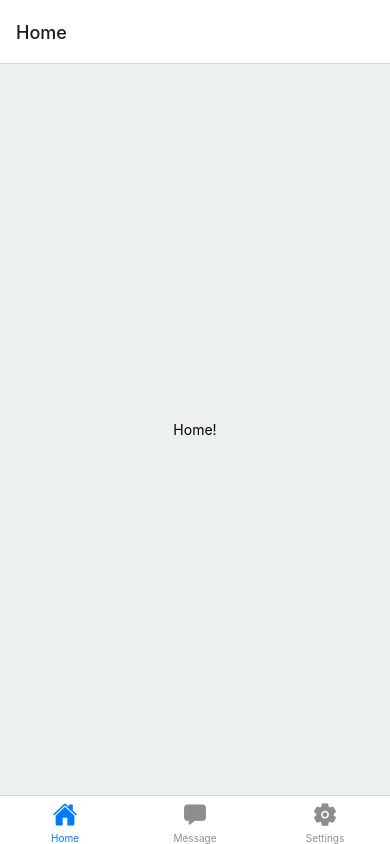
Repository: Waikato153/AwesomeProject
Screen: /
An editor plug-in stored every save of this project. The screen is shown before and after the next save, followed by the edit.
The app was drawn by React Native's web renderer in a window 390 px wide. The project was rebuilt for these pictures with package versions that can differ from the ones it lists, and the page was loaded fresh each time.

Above is the screen before, as saved 2024-02-28 08:10:48.

### App.js
import * as React from 'react';
import { Text, View, StyleSheet} from 'react-native';
import { NavigationContainer } from '@react-navigation/native';
import { createBottomTabNavigator } from '@react-navigation/bottom-tabs';
import { Ionicons } from '@expo/vector-icons';

function HomeScreen() {
  return (
    <View style={styles.container}>
      <Text>Home!</Text>
    </View>
  );
}

function SettingsScreen() {
  return (
    <View style={{ flex: 1, justifyContent: 'center', alignItems: 'center' }}>
      <Text>Settings!</Text>
    </View>
  );
}


const styles = StyleSheet.create({
  container: {
    flex: 1,
    justifyContent: 'center',
    backgroundColor: '#ecf0f1',
    alignItems: 'center',
    padding: 8,
  },
  paragraph: {
    margin: 24,
    fontSize: 18,
    fontWeight: 'bold',
    textAlign: 'center',
  },
});

const Tab = createBottomTabNavigator();

function MyTabs() {
  return (

    <Tab.Navigator>
      <Tab.Screen
        name="Home"
        component={HomeScreen}
        options={{
          tabBarIcon: ({ color, size }) => (
            <Ionicons name="home" color={color} size={size} />
          ),
        }}
      />
      <Tab.Screen
        name="Message"
        component={SettingsScreen}
        options={{
          tabBarIcon: ({ color, size }) => (
            <Ionicons name="chatbox" color={color} size={size} />
          ),
        }}
      />
      <Tab.Screen
        name="Settings"
        component={SettingsScreen}
        options={{
          tabBarIcon: ({ color, size }) => (
            <Ionicons name="settings" color={color} size={size} />
          ),
        }}
      />
    </Tab.Navigator>



  );
}

export default function App() {
  return (
    <NavigationContainer>
      <MyTabs />
    </NavigationContainer>
  );
}

After the next save:
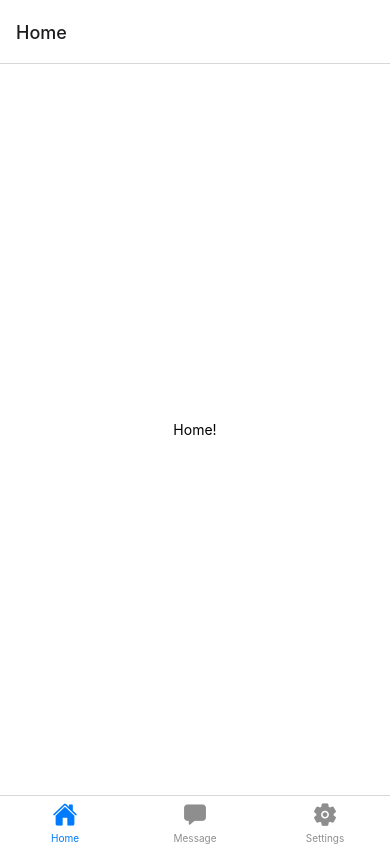
Saved 2 h 47 min later.
--- a/App.js
+++ b/App.js
@@ -25,7 +25,7 @@ const styles = StyleSheet.create({
   container: {
     flex: 1,
     justifyContent: 'center',
-    backgroundColor: '#ecf0f1',
+    backgroundColor: 'white',
     alignItems: 'center',
     padding: 8,
   },
